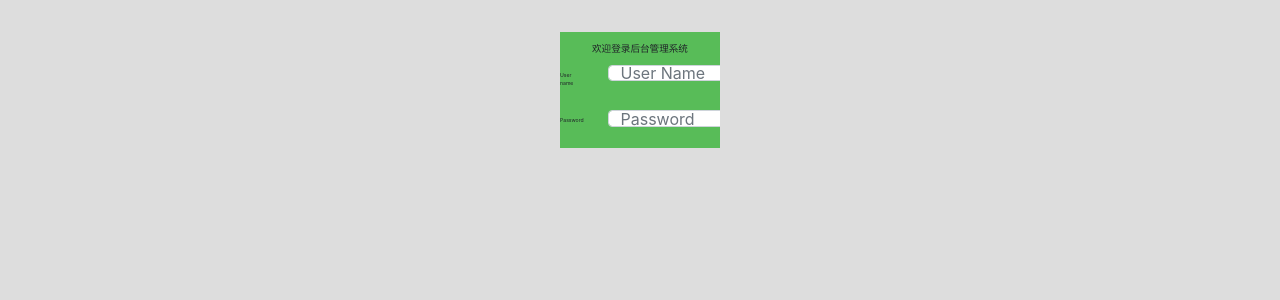
Repository: Rayfang0719/Vue-admin
Page: /
The author's editor kept a copy of each file at every save. The page is drawn from the files as they stood at one save, then again after the next save.
The browser window is 1280 px wide. The pictures show the whole page.
The project was rebuilt for these pictures with package versions that can differ from the ones it lists, and the page was loaded fresh each time. Also part of the build but not shown: vue.config.js.

Above is the page before, as saved 2019-05-11 10:24:28.

After the next save:
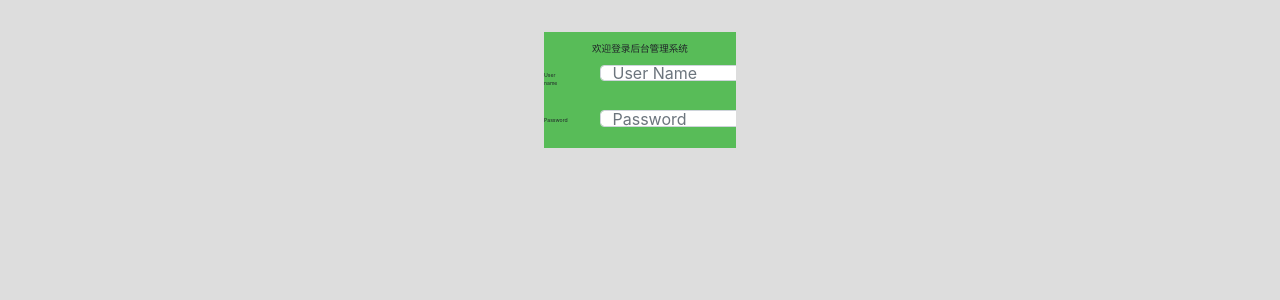
Saved 52 s later.
--- a/src/pages/login.vue
+++ b/src/pages/login.vue
@@ -29,7 +29,7 @@ export default {
 .login{
     margin: 2rem auto;
     overflow:hidden;
-    width: 10rem;
+    width: 12rem;
     /* height:5rem; */
     background-color:#58bc58;
     padding-top:.013333rem;
